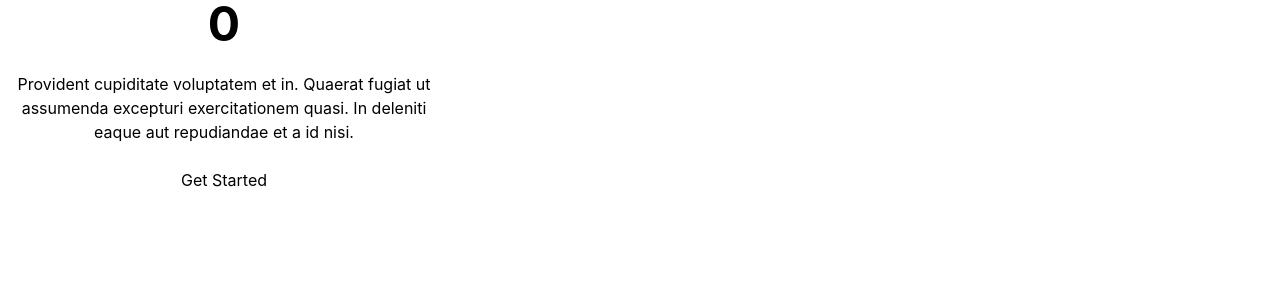
Repository: RahmanRakib9/TwentyOne
Page: /
These files come from the project's save history. The page is drawn as it stood at one moment and after a run of saves; the edit follows.
The browser window is 1280 px wide. The pictures show the whole page.
The project was rebuilt for these pictures with package versions that can differ from the ones it lists, and the page was loaded fresh each time.

Above is the page before, as saved 2022-10-13 17:39:42.

After the next 3 saves:
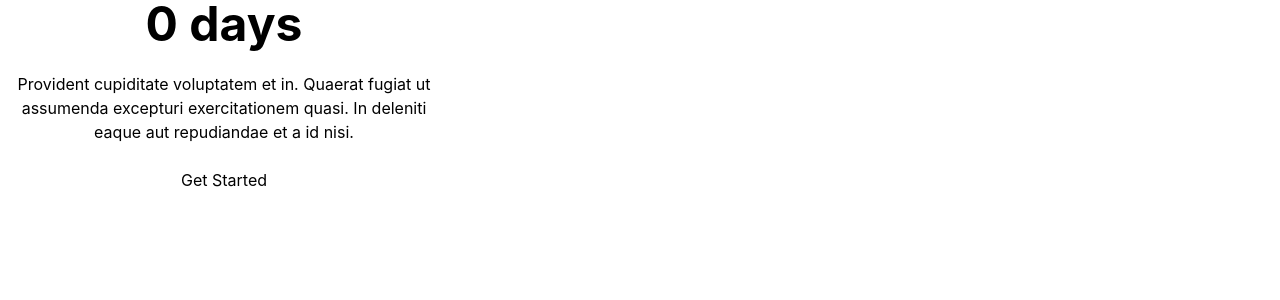
The 3 saves are shown as one change because they came seconds apart.
The last was saved 13 s later.
--- a/src/components/Timer.js
+++ b/src/components/Timer.js
@@ -7,7 +7,7 @@ const Timer = () => {
     <div class="hero min-h-screen bg-base-200">
       <div class="hero-content text-center">
         <div class="max-w-md">
-          <h1 class="text-5xl font-bold">{day} </h1>
+          <h1 class="text-5xl font-bold">{day} days </h1>
           <p class="py-6">
             Provident cupiditate voluptatem et in. Quaerat fugiat ut assumenda
             excepturi exercitationem quasi. In deleniti eaque aut repudiandae et
